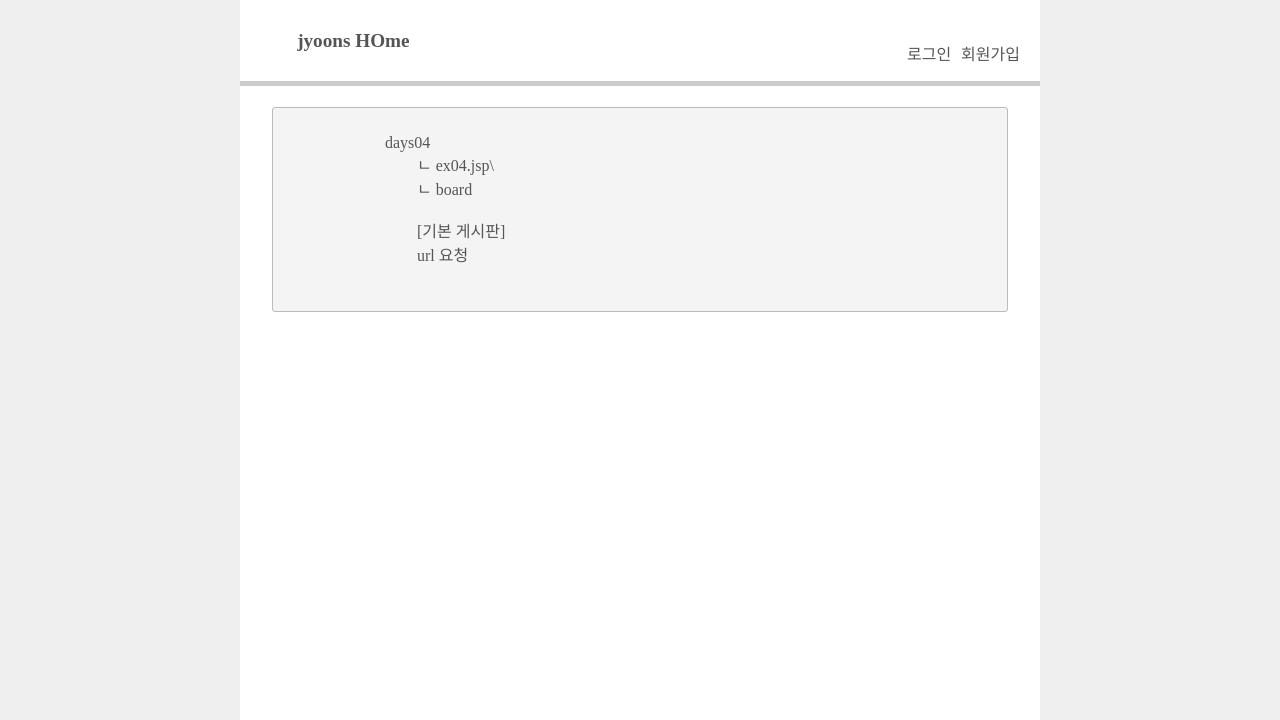
Repository: jyoons00/JSP-sample
Page: http://localhost/jspPro/days04/ex04.jsp
An editor plug-in stored every save of this project. The page is shown before and after the next save, followed by the edit.
The browser window is 1280 px wide. The pictures show the whole page.
Some web fonts or font styles are not loaded; a fallback is used. The page is served by Tomcat 9. Other server files are loaded and not shown.

Above is the page before, as saved 2024-10-18 06:39:07.

### jspPro/src/main/webapp/days04/ex04.jsp
<%@ page contentType="text/html; charset=UTF-8" pageEncoding="UTF-8"%>
<%@ taglib prefix="c" uri="http://java.sun.com/jsp/jstl/core" %>
<!DOCTYPE html>
<html>
  <head>
    <meta charset="UTF-8" />
    <title>Insert title here</title>
    <link
      rel="shortcut icon"
      type="image/x-icon"
      href="http://localhost/jspPro/images/SiSt.ico"
    />
    <script src="https://ajax.googleapis.com/ajax/libs/jquery/3.7.1/jquery.min.js"></script>
    <meta name="viewport" content="width=device-width, initial-scale=1.0" />
    <link
      rel="stylesheet"
      href="http://localhost/jspPro/resources/cdn-main/example.css"
    />
    <script src="http://localhost/jspPro/resources/cdn-main/example.js"></script>
    <style>
      span.material-symbols-outlined {
        vertical-align: text-bottom;
      }
    </style>
  </head>
  <body>
    <header>
      <h1 class="main">
        <a href="#" style="position: absolute; top: 30px">jyoons HOme</a>
      </h1>
      <ul>
        <li><a href="#">로그인</a></li>
        <li><a href="#">회원가입</a></li>
      </ul>
    </header>
    <div>
      <xmp class="code">
   			days04
   				ㄴ ex04.jsp\
   				ㄴ board

   				[기본 게시판]
   				url 요청

  	  </xmp>
    </div>

  </body>
</html>

### jspPro/src/main/webapp/resources/cdn-main/example.css
@charset "UTF-8";

@import url('https://fonts.googleapis.com/css2?family=Material+Symbols+Outlined:opsz,wght,FILL,GRAD@20..48,100..700,0..1,-50..200');

@font-face {
    font-family: 'GmarketSansMedium';
    src: url('https://cdn.jsdelivr.net/gh/projectnoonnu/noonfonts_2001@1.1/GmarketSansMedium.woff') format('woff');
    font-weight: normal;
    font-style: normal;
}

:root {
	--text-color: #555;
	--sub-text-color: #777;
	--back-color: #EFEFEF;
	--header-color: #444;
	--primary-color: #DEDEDE;
	--secondary-color: #EFEFEF;
	--default-width: 800px;
	--narrow-width: 500px;
	--wide-width: 1200px;
	--text-font: 'GmarketSansMedium';
	--icon-font: 'Material Symbols Outlined';
	--border-color: #CCC;
}

html, body {
	margin: 0;
	padding: 0;
}

html {
	background-color: var(--back-color);
	display: flex;
	justify-content: center;
	min-height: 100vh;
}

body, body.default {
	width: var(--default-width);
	background-color: white;
	padding-bottom: 120px;
}

body.wide {
	width: var(--wide-width);
}

body.narrow {
	width: var(--narrow-width);
}



body, p, div, span, a, input, select, option, textarea, button, table, th, td, label, fieldset, legend {
	font-family: var(--text-font);
	color: var(--text-color);
}

h1, h2, h3 {
	font-family: var(--text-font);
	color: var(--header-color);
	padding: 0 1rem;
	padding-top: .5rem;
}

div > h1, div > h2, div > h3 {
	padding: 0;
}

body > div, body > main > div {
	padding: 0.3rem 1rem;
}


h1 { font-size: 2rem; border-bottom: 1px solid var(--border-color); }
h1 small { font-size: 1.2rem; color: var(--sub-text-color); }
h2 { font-size: 1.5rem; border-bottom: 1px dashed var(--border-color); }
h2 small { font-size: 1.1rem; color: --sub-text-color; }
h3 { font-size: 1.2rem; }
h3 small { font-size: 1rem; color: --sub-text-color; }



h1.main::before {
	font-family: var(--icon-font);
  	content: '\e666';
  	margin-right: 10px;
  	float: left;
	font-size: 2.5rem;
}

h1.sub::before {
	font-family: var(--icon-font);
  	content: '\ea19';
  	margin-right: 10px;
  	float: left;
	font-size: 2.5rem;
}


h1.page::before {
	font-family: var(--icon-font);
  	content: '\e0e0';
  	margin-right: 10px;
  	float: left;
	font-size: 2.5rem;
}

body > header > ul > li > .active{
	background-color: #FFF;
	color:#F00;
}

body > header {
	display: flex;
	justify-content: space-between;
	border-bottom: 5px solid var(--border-color);
	min-height: 74px;
	background-color: #FFF;
}

body > header.sticky {
	position: sticky;
	top: 0;
	z-index: 98;
}

body > header > h1 {
	font-size: 1.2rem;
	border: 0;
}

body > header.in > h1::before {
	font-family: var(--icon-font);
  	content: '\e332‥';
  	margin-right: 3px;
  	float: left;
	font-size: 2rem;
}


body > header > ul {
	list-style-type: none;
	display: flex;
	align-items: flex-end;
	margin-right: 10px;
}

body > header > ul > li {
	margin-right: 10px;
	cursor: pointer;
}

body > header > ul > li > a {
	cursor: pointer;
}


form {
	display: block;
}

form > div {
	padding: 0.3rem 1rem;
}

div > form > div {
	padding: 0.3rem 0;
}

input, textarea, button, select {
	border: 1px solid #BBB;
	border-radius: 3px;
	outline: none;
	resize: none;
	padding: 7px;
	margin: 0;
}

input[type=text]:read-only, textarea:read-only {
	cursor: not-allowed;
	background-color: #FFF;
}

input[type=text]:disabled, textarea:disabled {
	cursor: not-allowed;
	background-color: #EEE;
}

input[type=text], input[type=password], textarea, button, select {
	/* width: 300px; */
}

textarea {
	display: block;
	height: 100px;
}

input[type=button], input[type=submit], button {
	/* width: inherit; */
}

input.short, textarea.short, button.short, select.short {
	width: 100px;
}

input.long, textarea.long, button.long, select.long {
	width: 350px;
}

.narrow input.long, .narrow textarea.long, .narrow button.long, .narrow select.long {
	width: calc(100% - 20px);
}

input.full, textarea.full, button.full, select.full {
	width: calc(100% - 20px);
}

textarea.short {
	height: 50px;
}

textarea.long {
	height: 100px;
}

textarea.full {
	height: 200px;
}

input, textarea {
	padding-top: 8px;
}

input[type=button], input[type=submit], button {
	padding: 5px 10px;
	background-color: var(--secondary-color);
	cursor: pointer;
	min-height: 36px;
}

input[type=button].primary, input[type=submit].primary, button.primary {
	/* background-color: rgba(100, 149, 237, .2); */
	background-color: var(--primary-color);
}

input[type=button].primary:hover, input[type=submit].primary:hover, button.primary:hover {
	/* background-color: rgba(100, 149, 237, .3); */
	background-color: var(--secondary-color);
}

input[type=button]:hover, input[type=submit]:hover, button:hover {
	background-color: var(--primary-color);
}

button {
	position: relative;
	left: 0;
	top: 0;
	padding-left: 35px;
}

button .material-symbols-outlined {
	position: absolute;
	left: 10px;
	top: 4px;
}

/* k2nik add */
button.login::before {
	font-family: var(--icon-font);
  	content: '\ea77';
	position: absolute;
	left: 11px;
	top: 4px;
	font-size: 1.25rem;
}

/* k2nik logout */
button.logout::before {
	font-family: var(--icon-font);
  	content: '\e9ba';
	position: absolute;
	left: 11px;
	top: 4px;
	font-size: 1.25rem;
}

/* k2nik help */
button.help::before {
	font-family: var(--icon-font);
  	content: '\f1c0';
	position: absolute;
	left: 11px;
	top: 4px;
	font-size: 1.25rem;
}

button.add::before{
	font-family: var(--icon-font);
  	content: '\e746';
	position: absolute;
	left: 11px;
	top: 4px;
	font-size: 1.25rem;
}

button.back::before {
	font-family: var(--icon-font);
  	content: '\e166';
	position: absolute;
	left: 11px;
	top: 4px;
	font-size: 1.25rem;
}

button.list::before {
	font-family: var(--icon-font);
  	content: '\e0ee';
	position: absolute;
	left: 11px;
	top: 4px;
	font-size: 1.25rem;
}


button.del::before {
	font-family: var(--icon-font);
  	content: '\e872';
	position: absolute;
	left: 11px;
	top: 4px;
	font-size: 1.25rem;
}


button.edit::before {
	font-family: var(--icon-font);
  	content: '\e745';
	position: absolute;
	left: 11px;
	top: 4px;
	font-size: 1.25rem;
}


button.login::before {
	font-family: var(--icon-font);
  	content: '\ea77';
	position: absolute;
	left: 11px;
	top: 4px;
	font-size: 1.25rem;
}


button.logout::before {
	font-family: var(--icon-font);
  	content: '\e9ba';
	position: absolute;
	left: 11px;
	top: 4px;
	font-size: 1.25rem;
}


button.in::before {
	font-family: var(--icon-font);
  	content: '\f71a';
	position: absolute;
	left: 11px;
	top: 4px;
	font-size: 1.25rem;
}


button.out::before {
	font-family: var(--icon-font);
  	content: '\f70e';
	position: absolute;
	left: 11px;
	top: 4px;
	font-size: 1.25rem;
}


button.reply::before {
	font-family: var(--icon-font);
  	content: '\e15e';
	position: absolute;
	left: 11px;
	top: 4px;
	font-size: 1.25rem;
}


button.comment::before {
	font-family: var(--icon-font);
  	content: '\e0b9';
	position: absolute;
	left: 11px;
	top: 4px;
	font-size: 1.25rem;
}


button.modal::before {
	font-family: var(--icon-font);
  	content: '\e89e';
	position: absolute;
	left: 11px;
	top: 4px;
	font-size: 1.25rem;
}


button.ok::before {
	font-family: var(--icon-font);
  	content: '\e86c';
	position: absolute;
	left: 11px;
	top: 4px;
	font-size: 1.25rem;
}


button.cancel::before {
	font-family: var(--icon-font);
  	content: '\e5c9';
	position: absolute;
	left: 11px;
	top: 4px;
	font-size: 1.25rem;
}

button.search::before {
	font-family: var(--icon-font);
  	content: '\e8b6';
	position: absolute;
	left: 11px;
	top: 4px;
	font-size: 1.25rem;
}

button.home::before {
	font-family: var(--icon-font);
  	content: '\e88a';
	position: absolute;
	left: 11px;
	top: 4px;
	font-size: 1.25rem;
}


button.sidebar::before {
	font-family: var(--icon-font);
  	content: '\f7e4';
	position: absolute;
	left: 11px;
	top: 4px;
	font-size: 1.25rem;
}


button.sidebar-right::before {
	font-family: var(--icon-font);
  	content: '\f7e5';
	position: absolute;
	left: 11px;
	top: 4px;
	font-size: 1.25rem;
}




button::before {
	font-family: var(--icon-font);
  	content: '\e323';
	position: absolute;
	left: 11px;
	top: 4px;
	font-size: 1.25rem;
}


table {
	border-collapse: collapse;
	margin: 1rem;
	box-sizing: border-box;
	width: calc(100% - 32px);
}

table.content {
	width: auto;
}

div > table {
	margin: 0;
}

table th, table td {
	border: 1px solid var(--border-color);
	padding: 7px;
	font-weight: normal;
}

table th {
	background-color: var(--back-color);
}

table.vertical th {
	width: 150px;
}

table.vertical td {
	width: calc(100% - 182px);
	padding-left: 10px;
}

table.content td, table.content th {
	width: auto;
}

body.narrow table.vertical th {
	width: 100px;
}

body.narrow table.vertical td {
	width: calc(100% - 182px);
}


table + table {
	margin-top: 30px;
}


p {
	padding: 0 1rem;
}

a {
	text-decoration: none;
}

a:hover {
	color: rgba(255, 99, 71, .7);
}

hr {
	border: 0;
	border-top: 1px solid var(--border-color);
	margin: 2rem 0;
}

.message {
	border: 1px solid var(--border-color);
	background-color: #EFEFEF;
	margin: 1rem;
	width: auto;
	padding-top: 10px;
	padding-bottom: 10px;
	font-size: 14px;
}

.message[title]::before {
	content: attr(title);
	display: block;
	border-bottom: 1px solid var(--border-color);
	padding-bottom: 5px;
	margin-bottom: 10px;
	margin-top: 7px;
}

.message.short {
	max-width: 250px;
}

.message.long {
	max-width: 500px;
}

.badge {
	float: right;
	font-size: .8rem;
	margin-top: 2px;
	margin-right: 2px;
	text-shadow: 0 0 7px gray;
}

.badge.left {
	float: none;
	margin-left: 2px;
}

.badge.right {
	float: right;
}

.badge.red {
	border-radius: 50%;
	padding: 2px 5px;
	background-color: rgb(255, 99, 71, .3);
}

.badge.yellow {

	border-radius: 50%;
	padding: 2px 5px;
	background-color: rgb(255, 215, 0, .5);
}

.badge.blue {
	border-radius: 50%;
	padding: 2px 5px;
	background-color: rgb(100, 149, 237, .3);
}

label + label {
	margin-left: 7px;
}

label input[type=checkbox], label input[type=radio] {
	transform: translate(0, 1px);
}

.group {
	display: flex;
}

.modal-content .group {
	margin-bottom: .5rem;
}

.group label {
	border: 1px solid #BBB;
	border-radius: 3px;
	outline: none;
	resize: none;
	padding: 7px 14px;
	margin: 0;
	border-top-right-radius: 0;
	border-bottom-right-radius: 0;
	background-color: #EFEFEF;
	white-space: nowrap;
	font-size: 14px;
}

.group input[type=text] {
	margin-left: -1px;
	border-top-left-radius: 0;
	border-bottom-left-radius: 0;
}

.group select {
	margin-left: -1px;
	border-top-left-radius: 0;
	border-bottom-left-radius: 0;
}

.group input.full[type=text] {
	margin-left: -1px;
	border-top-left-radius: 0;
	border-bottom-left-radius: 0;
	width: 100%;
}

.group input[type=button]:first-child, .group button:first-child {
	border-top-left-radius: 3px;
	border-bottom-left-radius: 3px;
	margin-left: 0px;
}

.group input[type=button], .group button {
	border-radius: 0;
	margin-left: -1px;
}

.group input[type=button]:last-child, .group button:last-child {
	margin-left: -1px;
	border-top-right-radius: 3px;
	border-bottom-right-radius: 3px;
}

.seperate {
	display: flex;
	justify-content: space-between;
}

div.list {
	width: max-content;
	margin: 1rem;
	border: 1px solid #BBB;
	border-radius: 3px;
	padding: 0;
}

div.list.full {
	width: auto;
	display: block;
	margin: 1rem;
	border: 1px solid #BBB;
	border-radius: 3px;
	padding: 0;
}

div.list > div {
	padding: .5rem 1rem;
	margin: 0;
	border-bottom: 1px solid #BBB;
}

div.list > div:last-child {
	border-bottom: 0;
}

pre.code , xmp.code{
	font-family: consols;
	background-color: rgba(150, 150, 150, .1);
	border: 1px solid #BBB;
	border-radius: 3px;
	padding: .5rem 1rem;
	padding-bottom: .6rem;
	margin: 1rem;
}




*[data-modal-window] {
	position: fixed;
	background-color: rgba(0, 0, 0, .3);
	left: 0;
	top: 0;
	display: none;
	justify-content: center;
	align-items: flex-start;
	width: 100%;
	min-height: 100vh;
	z-index: 100;
	opacity: 0;
	transition: 500ms all;
}

*[data-modal-window] .modal-container {
	border-radius: 5px;
	padding: 1rem;
	padding-bottom: .5rem;
	margin-top: -500px;
	opacity: 0;
	width: 500px;
	background-color: #FFF;
	margin-right: 2rem;
	transition: 500ms all;
}

*[data-modal-size=content] .modal-container {
	width: auto;
}

*[data-modal-size=narrow] .modal-container {
	width: 300px;
}

*[data-modal-size=wide] .modal-container {
	width: 760px;
}


*[data-modal-window] .modal-header {
	border-bottom: 1px solid var(--border-color);
	padding: 2px 5px;
}

*[data-modal-window] .modal-content {
	padding: 1rem 5px;
}

*[data-modal-window] .modal-content div:last-child {
	margin-top: 1rem;
	text-align: right;
}



*[data-sidebar-window] {
	position: fixed;
	background-color: #FFF;
	left: 0;
	top: 0;
	display: block;
	width: 300px;
	border-right: 1px solid var(--border-color);
	box-sizing: border-box;
	box-shadow: 0 0 3px var(--back-color);
	min-height: 100vh;
	z-index: 99;
	transform: translate(-300px, 0);
	transition-duration: 500ms;
	transition-property: transform;
}

*[data-sidebar-direction=right] {
	left: auto;
	right: 0;
	transform: translate(300px, 0);
	border-left: 1px solid var(--border-color);
}

*[data-sidebar-size=wide] {
	width: 500px;
	transform: translate(-500px, 0);
}

*[data-sidebar-window] .sidebar-title {
	border-bottom: 1px solid var(--border-color);
	margin-top: 20px;
	margin-bottom: 20px;
	padding-bottom: 5px;
	display: flex;
	justify-content: space-between;
}

*[data-sidebar-window] .sidebar-title span:last-child {
	cursor: pointer;
}


/* K2Nik pagination */
.center {
  text-align: center;
}

.pagination {
  display: inline-block;
}

.pagination a {
  color: black;
  float: left;
  padding: 3px 6px;
  text-decoration: none;
  transition: background-color .3s;
  border: 1px solid #ddd;
  margin: 0 3px;
}

.pagination a.active {
  background-color: #4CAF50;
  color: white;
  border: 1px solid #4CAF50;
}

.pagination a:hover:not(.active) {background-color: #ddd;}

### jspPro/src/main/webapp/resources/cdn-main/example.js

window.onload = () => {

    const list = document.querySelectorAll('input, textarea');

    list.forEach(item => {
        item.setAttribute('autocomplete', 'off');
    });


    const modal_btn_list = document.querySelectorAll('*[data-modal-button]');

    modal_btn_list.forEach(item => {
        item.onclick = function() {

            const name = this.dataset['modalButton'];
            const modal_window = document.querySelector('*[data-modal-window=' + name);

            const container = document.createElement('div');
            container.className = 'modal-container';



            const modal_header = document.createElement('div');
            modal_header.textContent = modal_window.dataset['modalTitle'];
            modal_header.className = 'modal-header';
            container.appendChild(modal_header);

            const modal_content = document.createElement('div');
            modal_content.className = 'modal-content';
            container.appendChild(modal_content);

            Array.from(modal_window.childNodes).forEach(item => {
                modal_content.appendChild(item);
            });

            modal_window.appendChild(container);

            modal_window.style.display = 'flex';

            setTimeout(() => {
                modal_window.style.opacity = 1;
                container.style.marginTop = '20px';
                container.style.opacity = 1;
            }, 50);


            const modal_ok = document.querySelector('*[data-modal-ok=' + name);
            modal_ok.addEventListener('click', function() {
                modal_window.style.opacity = 0;
                container.style.marginTop = '-500px';
                container.style.opacity = 0;

                setTimeout(() => {
                    modal_window.innerHTML = modal_content.innerHTML;
                    modal_window.style.display = 'none';
                }, 500);

            });

            const modal_cancel = document.querySelector('*[data-modal-cancel=' + name);
            modal_cancel.addEventListener('click', function() {

                modal_window.style.opacity = 0;
                container.style.marginTop = '-500px';
                container.style.opacity = 0;

                setTimeout(() => {
                    modal_window.innerHTML = modal_content.innerHTML;
                    modal_window.style.display = 'none';
                }, 500);
            });


        };
    });


    const sidebar_btn_list = document.querySelectorAll('*[data-sidebar-button]');

    sidebar_btn_list.forEach(item => {
        item.onclick = function() {



            const name = this.dataset['sidebarButton'];
            const sidebar_window = document.querySelector('*[data-sidebar-window=' + name);

            if (sidebar_window.style.transform == 'translate(0px, 0px)') return;



            sidebar_window.style.transform = 'translate(0, 0)';

            const sidebar_title = document.createElement('div');
            sidebar_title.className = 'sidebar-title';
            sidebar_title.innerHTML = '<span>' + sidebar_window.dataset['sidebarTitle'] + '</span><span class="material-symbols-outlined">close</span>';

            sidebar_title.children[1].onclick = function() {

                let sign = 1;
                let distance = 300;

                if (sidebar_window.dataset['sidebarDirection'] != 'right') {
                    sign = -1;
                } else {
                    sign = 1;
                }

                if (sidebar_window.dataset['sidebarSize'] != 'wide') {
                    distance = 300;
                } else {
                    distance = 500;
                }

                distance *= sign;

                sidebar_window.style.transform = 'translate(' + distance + 'px, 0)';

                setTimeout(function() {
                    sidebar_window.removeChild(sidebar_window.children[0]);
                }, 500);
            };


            sidebar_window.prepend(sidebar_title);

        }
    });

};

// window.onkeydown = function(event) {

//     if (event.keyCode == 27) {
//         if (document.querySelector('[data-modal-window').style.display == 'flex') {
//             document.querySelector('[data-modal-window').style.display = 'none';
//         }
//     }

// };

After the next save:
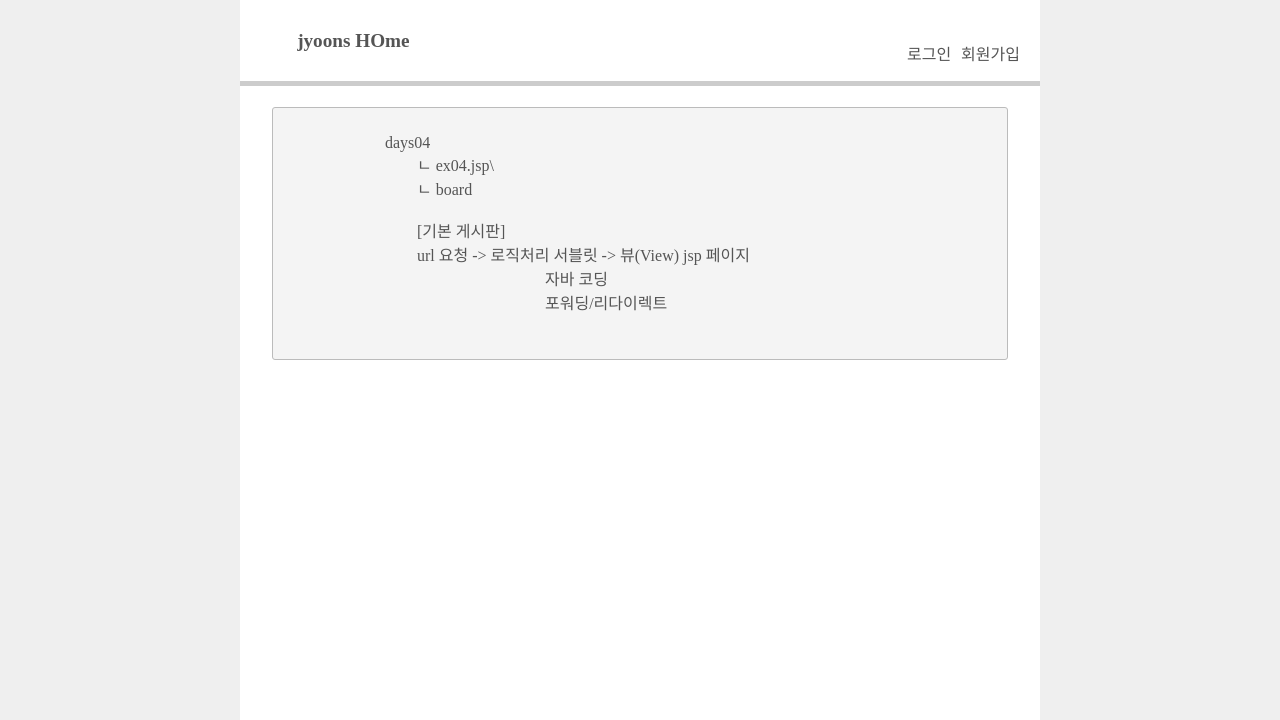
Saved 75 s later.
--- a/jspPro/src/main/webapp/days04/ex04.jsp
+++ b/jspPro/src/main/webapp/days04/ex04.jsp
@@ -40,7 +40,9 @@
    				ㄴ board
 
    				[기본 게시판]
-   				url 요청
+   				url 요청 -> 로직처리 서블릿 -> 뷰(View) jsp 페이지
+   								자바 코딩
+   								포워딩/리다이렉트
 
   	  </xmp>
     </div>
